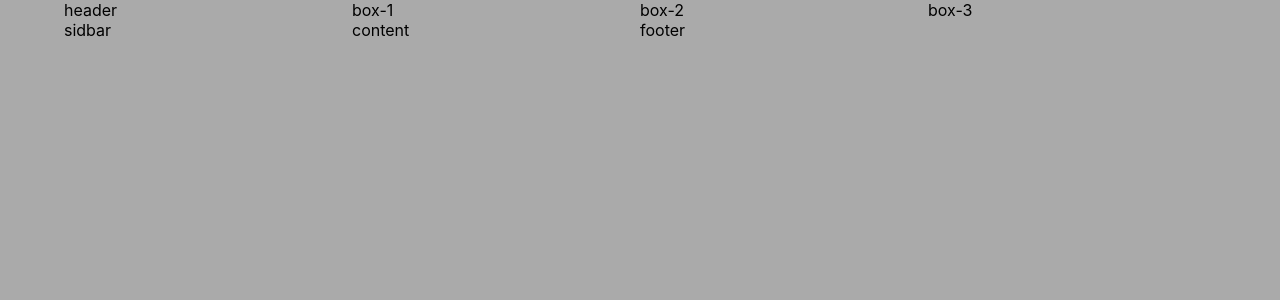
Repository: SD-Mdouka/project_step
Page: /
The author's editor kept a copy of each file at every save. The page is drawn from the files as they stood at one save, then again after the next save.
The browser window is 1280 px wide. The pictures show the whole page.
The project was rebuilt for these pictures with package versions that can differ from the ones it lists, and the page was loaded fresh each time.

Above is the page before, as saved 2022-09-07 12:14:31.

### src/index.js
import React from "react";
import ReactDOM from "react-dom/client";
import "./index.css";
import App from "./Grid";
// import { AppBar, Toolbar, Typography } from "@material-ui/core";

const root = ReactDOM.createRoot(document.getElementById("root"));
root.render(
  <React.StrictMode>
    {/* <AppBar>
      <Toolbar>
        <Typography varient="h6">React app</Typography>
      </Toolbar>
    </AppBar> */}
    <App />
  </React.StrictMode>
);

### src/index.css
body {
    background-color: #aaa;
    margin: 0;
    font-family: -apple-system, BlinkMacSystemFont, "Segoe UI", "Roboto", "Oxygen", "Ubuntu", "Cantarell", "Fira Sans", "Droid Sans", "Helvetica Neue", sans-serif;
    -webkit-font-smoothing: antialiased;
    -moz-osx-font-smoothing: grayscale;
}

code {
    font-family: source-code-pro, Menlo, Monaco, Consolas, "Courier New", monospace;
}

.App-Project {
    margin-top: 50px;
    margin-inline: 40% !important;
}

.cirecle {
    width: 29px;
    height: 29px;
    line-height: 25px;
    background-color: blue;
    color: white;
    border-radius: 50%;
    -webkit-border-radius: 50%;
    -moz-border-radius: 50%;
    -ms-border-radius: 50%;
    -o-border-radius: 50%;
    border: 2px solid transparent;
    text-align: center;
    cursor: pointer;
    background-clip: padding-box;
    -webkit-background-clip: padding-box;
}

.stepsWrapp {
    display: flex;
    margin-bottom: 20px;
    text-align: center;
}

.stepeBlock {
    flex-grow: 1;
}

.stepeBlock .circleWrapper {
    padding: 0px 20px;
    position: relative;
}

.selected .cirecle {
    color: black;
    background-color: white;
    border: 1px solid blue;
}

.stepeBlock:not(:last-child)>.circleWrapper::after {
    content: "";
    width: 100%;
    height: 2px;
    position: absolute;
    top: 0px;
    bottom: 0px;
    background-color: blue;
    margin: auto;
    z-index: -1;
}

.stepeBlock:not(:last-child)>.circleWrapper::after {
    height: 3px;
    opacity: 1;
}

.stepeBlock:not(:last-child).selected>.circleWrapper::after,
.stepeBlock:not(:last-child).selected~.stepeBlock:not(:last-child)>.circleWrapper::after {
    height: 2px;
    opacity: 0.3;
}

.pages {
    margin: 0 40%;
}

.primaryBtn {
    padding: 10px 25px !important;
    background-color: blue !important;
    border: none !important;
    margin: 10px !important;
    color: white !important;
    border-radius: 4px !important;
    -webkit-border-radius: 4px !important;
    -moz-border-radius: 4px !important;
    -ms-border-radius: 4px !important;
    -o-border-radius: 4px !important;
    cursor: pointer !important;
}

### src/Grid.js
import React from "react";
import "./style-grid.css";

const Grid = () => {
  return (
    <div>
      <div className="container">
        <div className="header">header</div>
        <div className="box-1">box-1</div>
        <div className="box-2">box-2</div>
        <div className="box-3">box-3</div>
        <div className="sidbar">sidbar</div>
        <div className="content">content</div>
        <div className="footer">footer</div>
      </div>
    </div>
  );
};
export default Grid;

### src/style-grid.css
.container {
    width: 90%;
    height: 100%;
    margin: 0 auto;
    display: grid;
    grid-template-columns: repeat(4, 1fr);
    grid-template-rows: repeat(5, 1fr);
}

Loaded but not shown: public/index.html (common file)

After the next save:
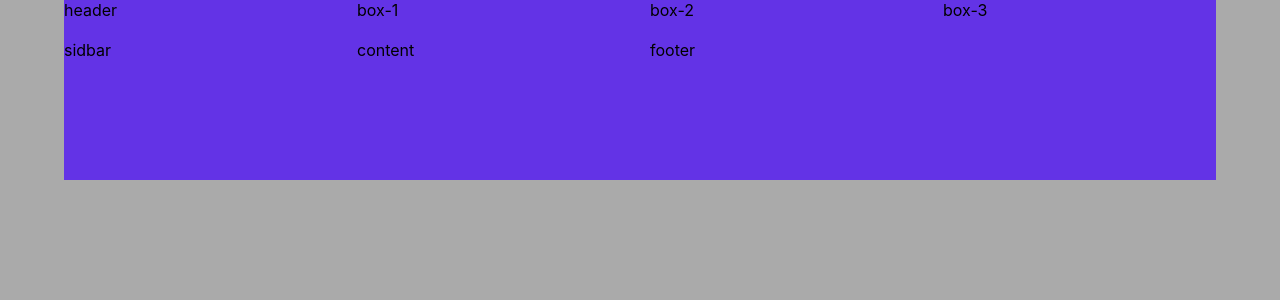
Saved 2 min 11 s later.
--- a/src/style-grid.css
+++ b/src/style-grid.css
@@ -5,4 +5,8 @@
     display: grid;
     grid-template-columns: repeat(4, 1fr);
     grid-template-rows: repeat(5, 1fr);
+    background-color: rgb(99, 51, 230);
+    gap: 20px;
 }
+
+.header {}
